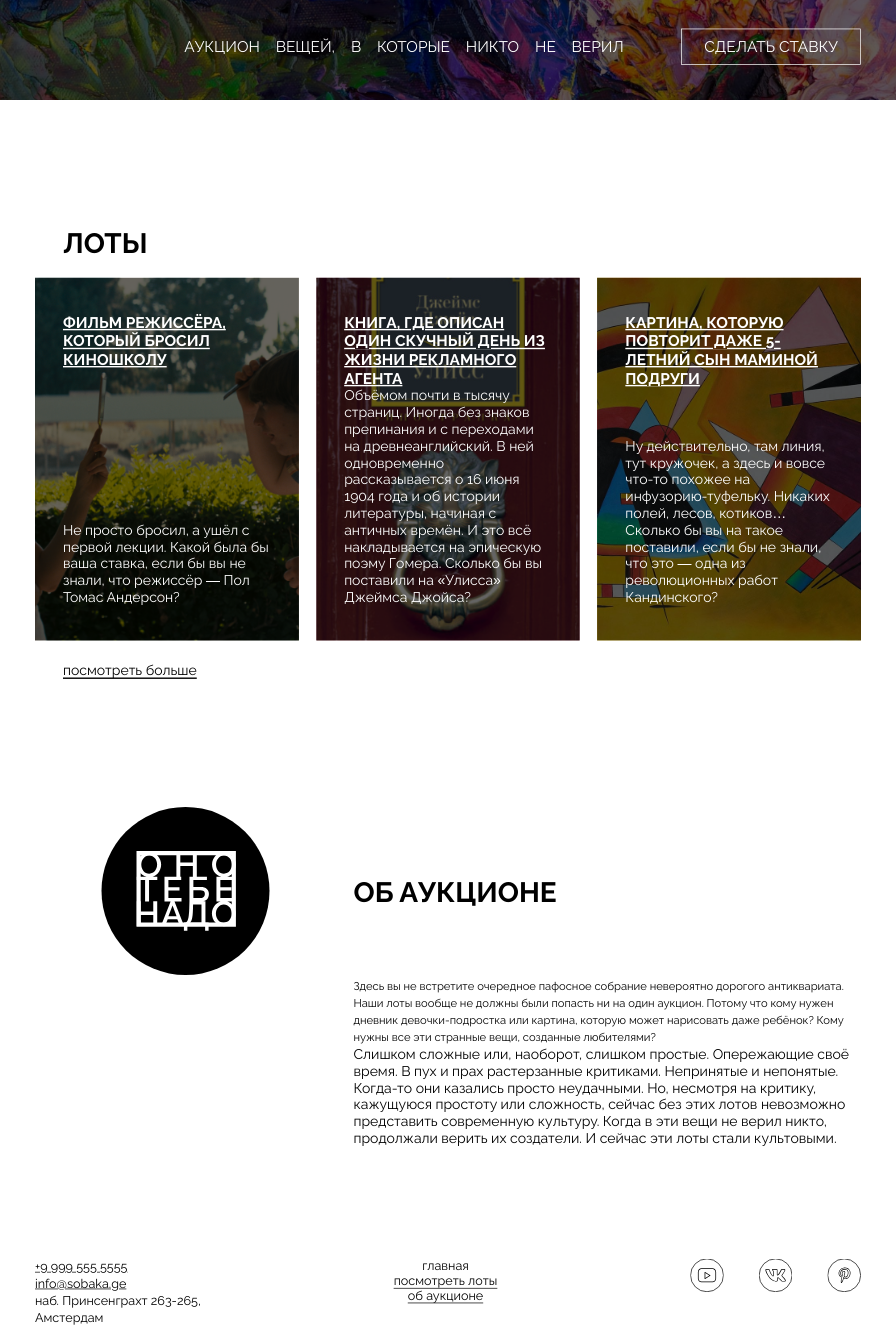
Repository: Hadoooouken/ono-tebe-nado
Page: index.html
These files come from the project's save history. The page is drawn as it stood at one moment and after the next save; the edit follows.
The browser window is 1280 px wide. The pictures show the part of the page from y = 907 to 2827 px (the page is 2802 px tall before and 2827 px after), at 70% of full size.

Above is the page before, as saved 2023-11-29 20:31:09.

### index.html
<!DOCTYPE html>
<html lang="ru">
  <head>
    <meta charset="UTF-8" />
    <meta http-equiv="X-UA-Compatible" content="IE=edge" />
    <meta name="viewport" content="width=device-width, initial-scale=1.0" />
    <link rel="stylesheet" href="./fonts/fonts.css" />
    <link rel="stylesheet" href="./styles/global.css" />
    <link rel="stylesheet" href="./styles/style.css" />
    <title>Оно тебе надо — аукцион вещей, в которые никто не верил</title>
  </head>
  <body>
    <header class="header section">
      <nav class="header__menu">
        <ul>
          <li class="header__links-list-item_no-bullit">
            <a href="#">главная</a>
          </li>
          <li><a href="#">посмотреть лоты</a></li>
          <li><a href="#">об аукционе</a></li>
        </ul>
      </nav>

      <div class="header__logo">
        <a href="#"><img src="./images/logo-black.svg" alt="Логотип" /></a>
      </div>

      <div class="address">
        <div><a href="tel:+99995555555">+9 999 555 5555</a></div>
        <div><a href="mailto:info@sobaka.ge">info@sobaka.ge</a></div>
        <p>наб. Принсенграхт 263-265, <br/>Амстердам</p>
      </div>
    </header>

    <main>
      <section class="cover">
        <div class="overlay"></div>
        <h1 class="cover__title">
          <span class="align_left">о<span>но</span></span>
          <span class="align_center">те<span>бе</span></span>
          <span class="align_right"
            ><span class="letter-spacing-title">Н</span>ад<span
              class="no-letter-spacing"
              >о</span
            ></span
          >
        </h1>
        <div class="cover__description">
          <p class="divcover__description-text">
            Аукцион вещей, в которые никто не верил
          </p>
          <button type="button" class="bet-button">сделать ставку</button>
        </div>
      </section>

      <section class="lots section">
        <h2 class="lots__heading">лоты</h2>
        <ul class="lots__card-list">
          <li class="lots__card-list-item card_type_film">
            <div class="overlay"></div>
            <a class="card-link" href="#">
              <article class="card">
                <h3 class="card__title">
                  Фильм режиссёра, который бросил киношколу
                </h3>
                <p class="card__text">
                  Не просто бросил, а ушёл с первой лекции. Какой была бы ваша
                  ставка, если бы вы не знали, что режиссёр — Пол Томас
                  Андерсон?
                </p>
              </article>
            </a>
          </li>
          <li class="lots__card-list-item card_type_book">
            <div class="overlay"></div>
            <a class="card-link" href="#">
              <article class="card">
                <h3 class="card__title">
                  Книга, где описан один скучный день из жизни рекламного агента
                </h3>

                <p class="card__text">
                  Объёмом почти в тысячу страниц. Иногда без знаков препинания и
                  с переходами на древнеанглийский. В ней одновременно
                  рассказывается о 16 июня 1904 года и об истории литературы,
                  начиная с античных времён. И это всё накладывается на
                  эпическую поэму Гомера. Сколько бы вы поставили на «Улисса»
                  Джеймса Джойса?
                </p>
              </article>
            </a>
          </li>
          <li class="lots__card-list-item card_type_picture">
            <div class="overlay"></div>
            <a class="card-link" href="#">
              <article class="card">
                <h3 class="card__title">
                  Картина, которую повторит даже 5-летний сын маминой подруги
                </h3>

                <p class="card__text">
                  Ну действительно, там линия, тут кружочек, а здесь и вовсе
                  что-то похожее на инфузорию-туфельку. Никаких полей, лесов,
                  котиков… Сколько бы вы на такое поставили, если бы не знали,
                  что это — одна из революционных работ Кандинского?
                </p>
              </article>
            </a>
          </li>
        </ul>
        <a class="lots__look-more-link" href="#">посмотреть больше</a>
      </section>

      <section class="about section">
        <div class="about__left-column">
          <div class="about__logo">
            <img src="./images/logo-white.svg" alt="Логотип" />
          </div>
        </div>

        <div class="about__right-column">
          <h2 class="about__title">об аукционе</h2>
          <p class="about__text">
            Здесь вы не встретите очередное пафосное собрание невероятно
            дорогого антиквариата. Наши лоты вообще не должны были попасть ни на
            один аукцион. Потому что кому нужен дневник девочки-подростка или
            картина, которую может нарисовать даже ребёнок? Кому нужны все эти
            странные вещи, созданные любителями?
          </p>
          <p class="about__text">
            Слишком сложные или, наоборот, слишком простые. Опережающие своё
            время. В пух и прах растерзанные критиками. Непринятые и непонятые.
            Когда-то они казались просто неудачными. Но, несмотря на критику,
            кажущуюся простоту или сложность, сейчас без этих лотов невозможно
            представить современную культуру. Когда в эти вещи не верил никто,
            продолжали верить их создатели. И сейчас эти лоты стали культовыми.
          </p>
        </div>
      </section>
    </main>
    <footer class="footer section">
      <div class="address">
        <div><a href="tel:+99995555555">+9 999 555 5555</a></div>
        <div><a href="mailto:info@sobaka.ge">info@sobaka.ge</a></div>
        <p>наб. Принсенграхт 263-265,<br/>Амстердам</p>
      </div>

      <div class="footer__menu-list">
        <nav class="">
          <ul class="footer__menu-list-item">
            <li class="footer__menu-link_active">
              <a href="#">главная</a>
            </li>
            <li><a href="#">посмотреть лоты</a></li>
            <li><a href="#">об аукционе</a></li>
          </ul>
        </nav>
      </div>

      <div>
        <ul class="footer__social-list">
          <li class="footer__social-list-item">
            <a href="#"> <img src="./images/yt.svg" alt="ютуб" /></a>
          </li>
          <li class="footer__social-list-item">
            <a href="#"> <img src="./images/vk.svg" alt="вконтакте" /></a>
          </li>
          <li class="footer__social-list-item">
            <a href="#">
              <img src="./images/pinterest.svg" alt="пинтерест"
            /></a>
          </li>
        </ul>
      </div>
    </footer>
  </body>
</html>

### styles/global.css
*,
*::before,
*::after {
  box-sizing: border-box;
}

body {
  min-width: 1100px;
  margin: 0;
  font-family: Raleway, sans-serif;
  line-height: 24px;
}

h1,
h2,
h3,
h4,
h5,
h6,
p,
ul,
ol,
li,
blockquote {
  margin: 0;
  padding: 0;
}

a {
  color: inherit;
}

img {
  width: 100%;
}

### styles/style.css
.header {
 display: grid;
 grid-template-columns: 1fr min-content 1fr;
  padding-top: 92px;
  align-items: center;
  font-weight: 400;
  font-size: 18px;
  font-style: normal;
  text-underline-offset: 4px;
  padding-bottom: 90px;
}


.address {
  display:grid;
  justify-content: end;
  color: #000;
  font-size: 18px;
  font-style: normal;
  font-weight: 400;
  line-height: 24.3px

}

.header__menu ul {
  display: flex;
  gap: 32px;
  list-style-type: circle;
}

.header__links-list-item_no-bullit a {
  text-decoration: none;
}

li.header__links-list-item_no-bullit {
  list-style-type: none;
}

.header__logo {
  width: 138px;
}

.section {
  padding-left: 50px;
  padding-right: 50px;
}

.cover {
  background-image: url(../images/cover.jpg);
  background-repeat: no-repeat;
  background-size: cover;
  background-position: center;
  position: relative;
  z-index: 1;

}


.cover__title {
  display: flex;
  flex-direction: column;
  font-size: 100px;
  font-weight: 700;
  text-transform: uppercase;
  color: #fff;
  font-style: normal;
  position: relative;
  line-height: 115px;
  letter-spacing: 30px;
  z-index: 2;
  padding-top: 165px;
  padding-left: 50px;
  padding-right: 50px;
  gap: 20px;
}

.cover__title > span {
  display: block;
}

.overlay {
  top: 0;
  bottom: 0;
  right: 0;
  left: 0;
  background-color: rgba(0, 0, 0, 0.6);
  position: absolute;
  z-index: 0;
}

.align_left {
  text-align: left;
  letter-spacing: 30px;
}

.align_center {
  text-align: center;
  line-height: 100px;
  letter-spacing: 30px;
}
.align_right {
  text-align: right;
  line-height: 100px;
  letter-spacing: 30px;
}

.align_left span {
  letter-spacing: 60px;

}

.align_center span {
  letter-spacing: 60px;
}




.letter-spacing-title{
  letter-spacing: 60px;
}
.no-letter-spacing{
  letter-spacing: 0;
}

.cover__description {
  display: flex;
  justify-content: end;
  flex-shrink: 0;
  padding: 134px 50px 50px;
  gap: 82px;
  align-items: center;
}

.divcover__description-text {
  color: #fff;
  font-size: 22px;
  font-style: normal;
  font-weight: 400;
  line-height: 28px;
  word-spacing: 17px;
  position: relative;
  text-transform: uppercase;
  z-index: 2;
}

.bet-button {
  background-color: transparent;
  border: 1px solid #fff;
  color: #fff;
  font-family: Raleway;
  font-size: 22px;
  font-style: normal;
  font-weight: 400;
  line-height: normal;
  text-transform: uppercase;
  z-index: 2;
  width: 257px;
  min-height: 52px;
  padding: 10px 30px;
}

.lots {
  padding-top: 180px;
}

.lots__heading {
  padding-left: 40px;
  color: #000;
  font-size: 40px;
  font-style: normal;
  font-weight: 700;
  line-height: normal;
  text-transform: uppercase;
}

.card {
  display: flex;
  flex-direction: column;
  justify-content: space-between;



}
.lots__card-list {
  display: flex;
  padding-top: 27px;
  list-style-type: none;
  gap: 25px;
  margin-bottom: 30px;
}
.lots__card-list-item {
  display: flex;
  flex-grow: 1;
  flex-basis: 0;
  min-height: 450px;
  background-size: cover;
  padding: 50px 40px;
  position: relative;
  background-position: center;
}

.card_type_film {
  background-image: url(../images/card-lot-01.jpg);
}

.card_type_book {
  background-image: url(../images/card-lot-02.jpg);
}

.card_type_picture {
  background-image: url(../images/card-lot-03.jpg);
}

.card__title {
  color: #fff;
  font-size: 22px;
  font-style: normal;
  font-weight: 700;
  line-height: 120%;
  text-transform: uppercase;
  text-decoration: underline;
}

.card-link {
  display: flex;
  text-decoration: none;
  position: relative;
  z-index: 1;
}

.card__text {
  color: #fff;
  font-size: 20px;
  font-style: normal;
  font-weight: 400;
  line-height: 120%;
}

.lots__look-more-link {
  color: #000;
  font-size: 20px;
  font-weight: 400;
  padding-left: 40px;
  text-underline-offset: 4px;
}

.about {
  display: flex;
  padding-top: 182px;
}

.about__logo {
  background-color: #000;
  border-radius: 50%;
  width: 240px;
  height: 240px;
  padding: 63px 46px;
}

.about__title {
  color: #000;
  font-size: 40px;
  font-weight: 700;
  line-height: normal;
  text-transform: uppercase;
  margin-bottom: 100px;
}

.about__text:last-child{
  color: #000;
  font-family: Raleway;
  font-size: 20px;
  font-style: normal;
  font-weight: 400;
  line-height: normal;
  margin-bottom: 25px;
}

.about__text:last-child{
  margin-bottom: 0px;
}
.about__left-column {
  padding-left: 95px;
  padding-right: 95px;
}

.about__right-column {
  padding-top: 98px;
  padding-left: 25px;
}

.footer {
  padding-top: 160px;
  display: flex;
  justify-content: space-between;
}



.footer__menu-list {
  color: #000;
  font-size: 18px;
  font-style: normal;
  font-weight: 400;
  line-height: normal;
  text-align: center;
  text-underline-offset: 4px;
}
.footer__menu-list-item {
  list-style-type: none;
}

.footer__menu-link_active a {
  text-decoration: none;
}

.footer__social-list {
  display: flex;
  flex-direction: row;
  gap: 50px;
}

.footer__social-list-item {
  list-style-type: none;
  width: 48px;
  height: 48px;-------------------
}

Loaded but not shown: fonts/fonts.css (common file)

After the next save:
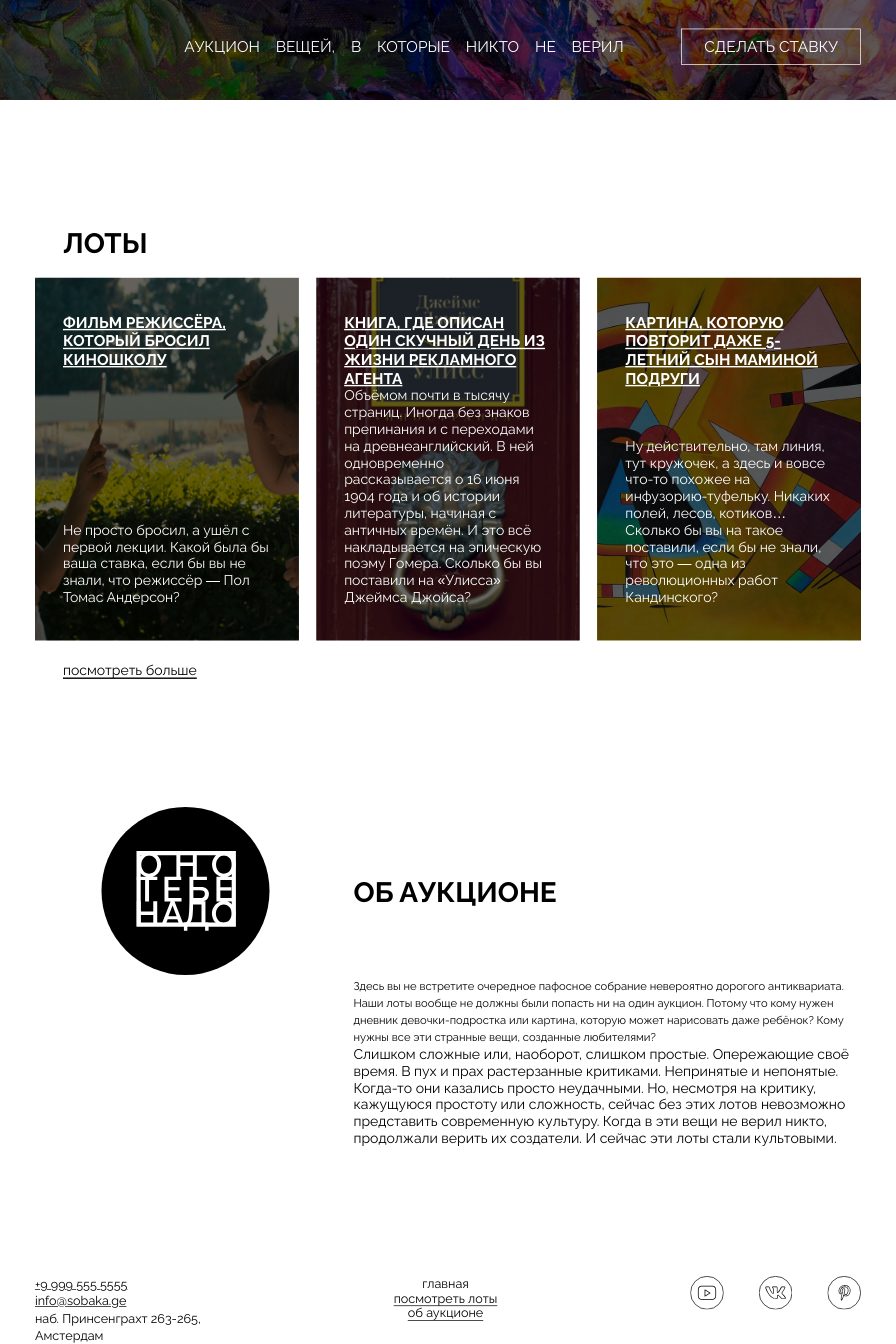
Saved 61 s later.
--- a/styles/style.css
+++ b/styles/style.css
@@ -277,7 +277,7 @@
   margin-bottom: 25px;
 }
 
-.about__text:last-child{
+.last-child{
   margin-bottom: 0px;
 }
 .about__left-column {
